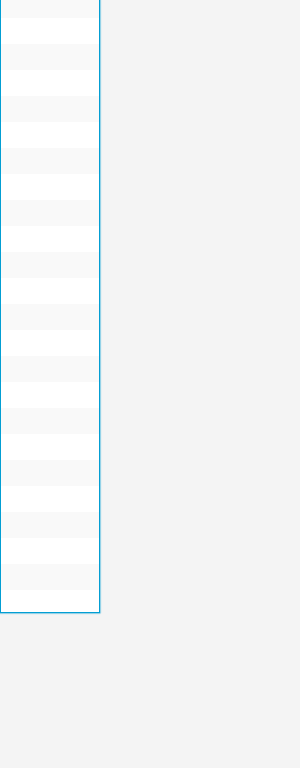
Repository: hoony-lab/java-projects
Program's window: java 20200401_JavaFX/20200408/src/application/ListView01.java
These files come from the project's save history. The program's window is drawn as it stood at one moment and after the next save; the edit follows.
It runs on Java 21 on a 1366 x 768 screen with JavaFX 11; the title bar is not drawn. Parts beyond the screen are cut off.

Above is the program's window before, as saved 2020-04-08 01:11:21.

After the next save:
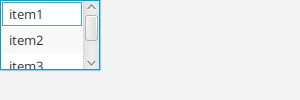
Saved 8 s later.
--- a/20200401_JavaFX/20200408/src/application/ListView01.java
+++ b/20200401_JavaFX/20200408/src/application/ListView01.java
@@ -18,10 +18,10 @@
 		ListView<String> lv = new ListView<String>();
 
 		lv.getItems().addAll("item1", "item2", "item3");
-		lv.setPrefSize(100, 700);
+		lv.setPrefSize(100, 70);
 
 		ap.getChildren().add(lv);
-		ap.setPrefSize(300, 1000);
+		ap.setPrefSize(300, 100);
 
 		primaryStage.setScene(new Scene(ap));
 		primaryStage.show();
